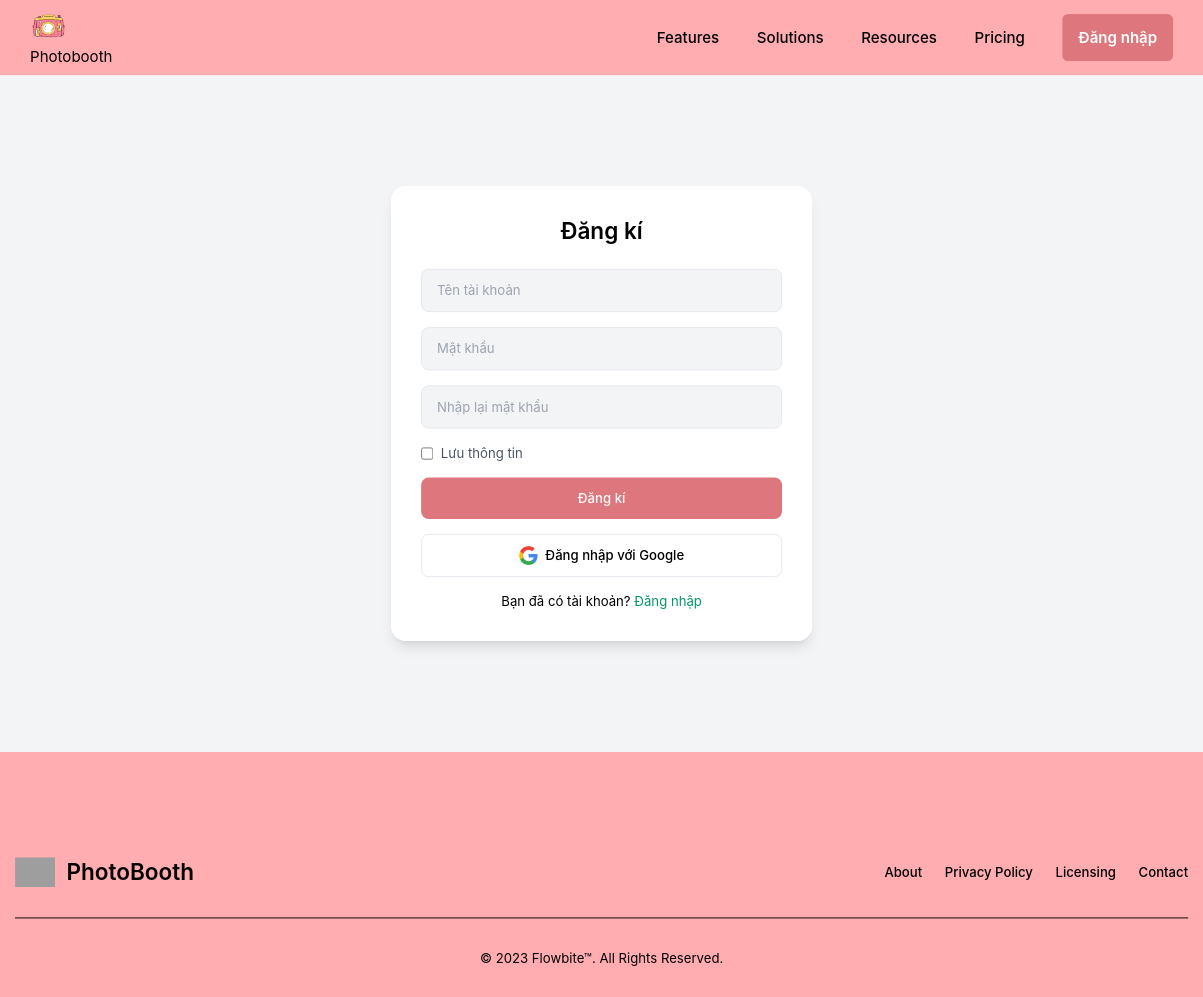
Repository: kontee809/photobooth_app
Page: /sign-up (app in photobooth-client/)
The author's editor kept a copy of each file at every save. The page is drawn from the files as they stood at one save, then again after the next save.
The browser window is 1280 px wide. The pictures show the whole page, at 94% of full size.
Pictures or frames that could not be fetched are drawn as grey boxes. The project was rebuilt for these pictures with package versions that can differ from the ones it lists, and the page was loaded fresh each time. Also part of the build but not shown: photobooth-client/src/component/Camera.jsx, photobooth-client/src/component/Home.jsx, photobooth-client/src/component/LoginForm.jsx.

Above is the page before, as saved 2025-05-04 15:07:26.

After the next save:
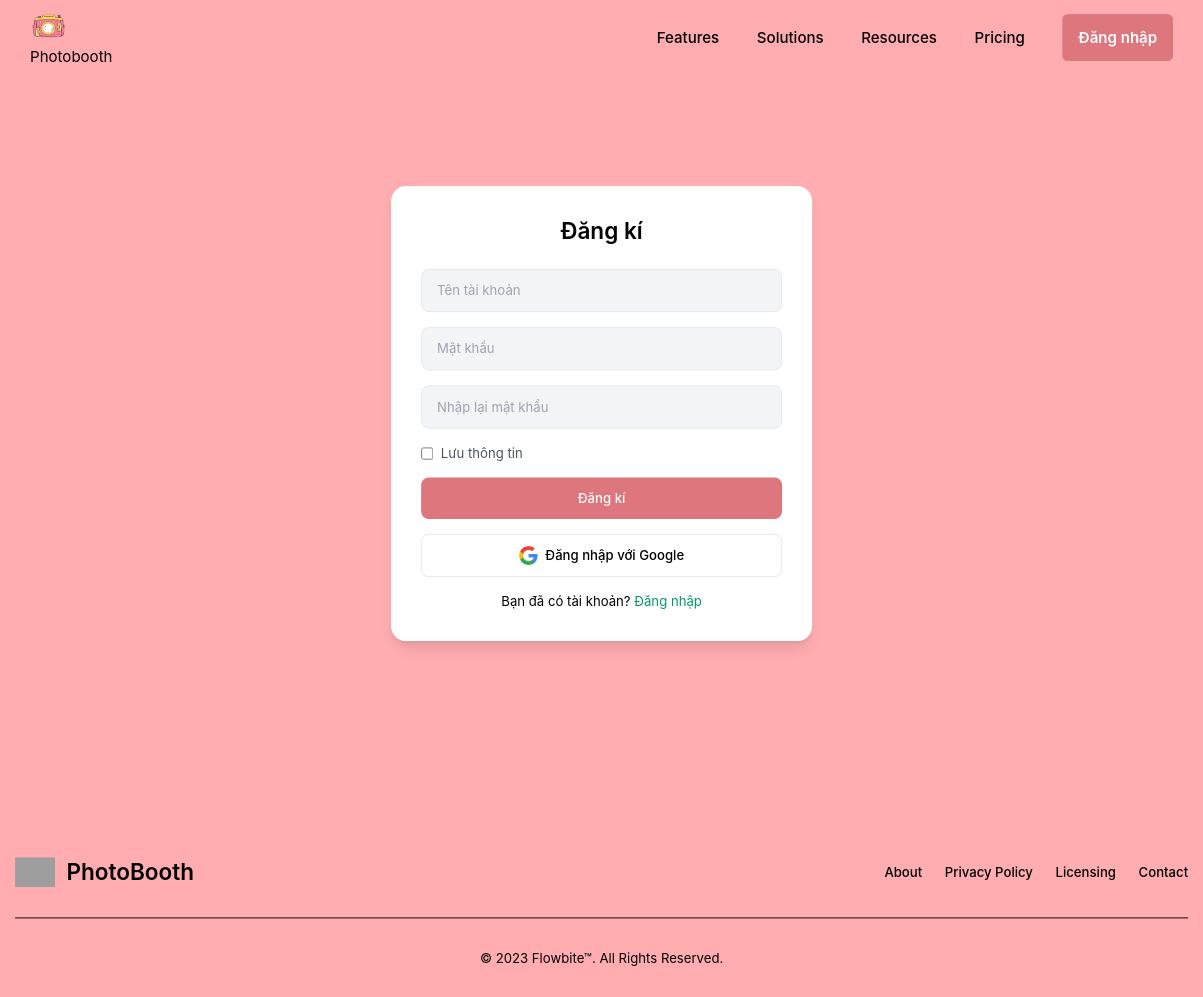
Saved 3 min 40 s later.
--- a/photobooth-client/src/component/RegisterForm.jsx
+++ b/photobooth-client/src/component/RegisterForm.jsx
@@ -5,7 +5,7 @@
     return (
         <main>
             <form action="">
-                <div className="min-h-screen flex justify-center items-center bg-gray-100">
+                <div className="min-h-screen flex justify-center items-center">
                     <div className="w-full max-w-md p-8 bg-white rounded-2xl shadow-lg">
                         <div className="mb-6 text-center">
                             <h2 className="text-2xl font-semibold">Đăng kí</h2>

After the save that followed:
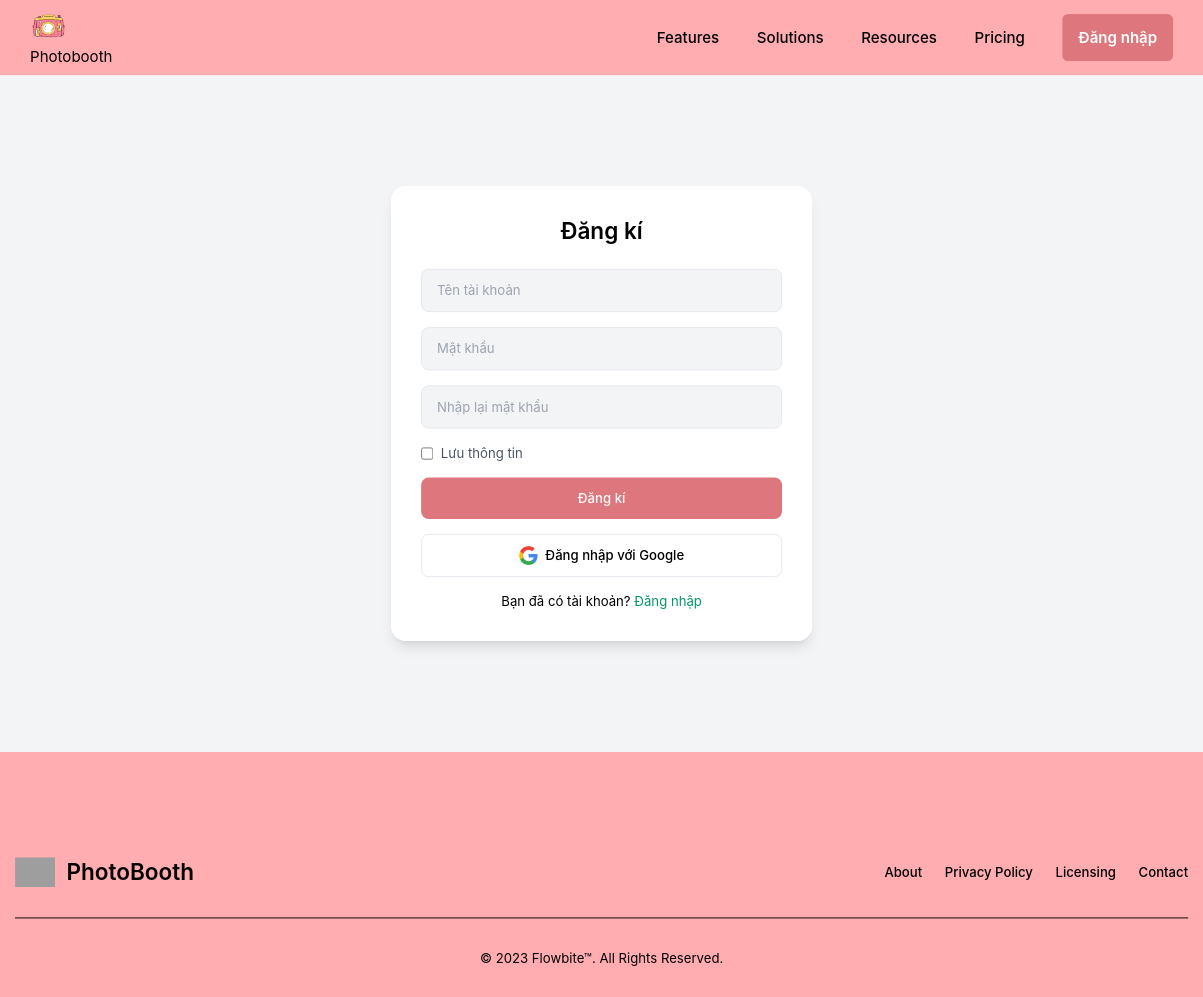
Saved 16 s later.
--- a/photobooth-client/src/component/RegisterForm.jsx
+++ b/photobooth-client/src/component/RegisterForm.jsx
@@ -5,7 +5,7 @@
     return (
         <main>
             <form action="">
-                <div className="min-h-screen flex justify-center items-center">
+                <div className="min-h-screen flex justify-center items-center bg-gray-100">
                     <div className="w-full max-w-md p-8 bg-white rounded-2xl shadow-lg">
                         <div className="mb-6 text-center">
                             <h2 className="text-2xl font-semibold">Đăng kí</h2>
